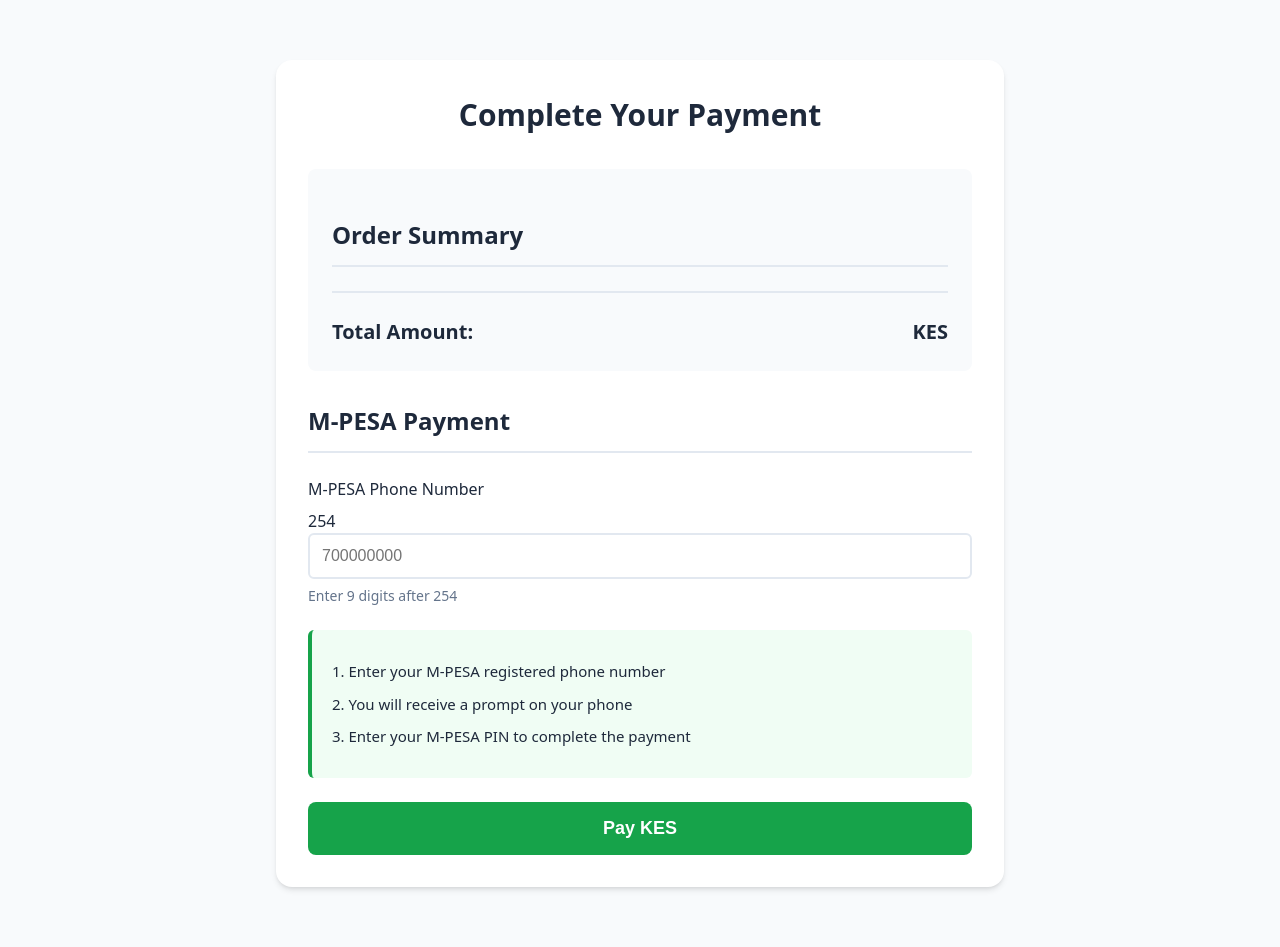
Repository: mrPractise/Susan-Portfolio
Page: templates/mpesa/payment.html
An editor plug-in stored every save of this project. The page is shown before and after the next save, followed by the edit.
The browser window is 1280 px wide. The pictures show the whole page.
The page is served by the project's application, run on Django 5.2 (manage.py). Other server files are loaded and not shown. The template is opened directly, without the code that normally fills it, so the values that code supplies are empty.

Above is the page before, as saved 2024-10-31 16:39:16.

### Portfolio/templatetags/project_tags.py
from django import template
from django.utils.safestring import mark_safe

register = template.Library()  # This line is crucial

@register.simple_tag
def video_player(project, autoplay=False):
    """Render video player with proper attributes"""
    if not project.video:
        return ''

    video_attrs = {
        'preload': 'metadata',
        'playsinline': '',
        'id': f'video-{project.id}',
        'data-video-id': project.id,
    }

    if project.video_thumbnail:
        video_attrs['poster'] = project.video_thumbnail.url

    if autoplay:
        video_attrs['autoplay'] = ''
        video_attrs['muted'] = ''

    attrs_str = ' '.join([f'{k}="{v}"' for k, v in video_attrs.items() if v])

    html = f'''
    <div class="custom-video-player" data-video-id="{project.id}">
        <div class="video-container">
            <video {attrs_str}>
                <source src="{project.video.url}" type="video/mp4">
                <source src="{project.video.url[:-4]}.webm" type="video/webm">
                Your browser doesn't support video playback.
            </video>
            <div class="video-controls">
                <button class="play-pause" aria-label="Play/Pause">
                    <i class="fas fa-play"></i>
                </button>
                <div class="progress-bar">
                    <div class="progress-bar-filled"></div>
                </div>
                <div class="time">
                    <span class="current-time">0:00</span>
                    <span>/</span>
                    <span class="duration">0:00</span>
                </div>
                <div class="volume-control">
                    <button class="mute-unmute" aria-label="Mute/Unmute">
                        <i class="fas fa-volume-up"></i>
                    </button>
                    <input type="range" class="volume-slider" min="0" max="1" step="0.1" value="1">
                </div>
                <button class="fullscreen" aria-label="Fullscreen">
                    <i class="fas fa-expand"></i>
                </button>
            </div>
        </div>
    </div>
    '''
    return mark_safe(html)

### templates/mpesa/payment.html
{% load static %}

<!DOCTYPE html>
<html lang="en">
<head>
    <meta charset="UTF-8">
    <meta name="viewport" content="width=device-width, initial-scale=1.0">
    <title>Payment - {{ event.title }}</title>
    <link href="https://cdnjs.cloudflare.com/ajax/libs/font-awesome/6.0.0/css/all.min.css" rel="stylesheet">
    <link rel="stylesheet" href="{% static 'css/global.css' %}">
    <link rel="stylesheet" href="{% static 'css/payment.css' %}">
</head>

<body>
    <div class="payment-page">
        <div class="container">
            <h1>Complete Your Payment</h1>

            {% if messages %}
            <div class="messages">
                {% for message in messages %}
                <div class="alert {% if message.tags %}alert-{{ message.tags }}{% endif %}">
                    {{ message }}
                </div>
                {% endfor %}
            </div>
            {% endif %}

            <div class="order-summary">
                <h2>Order Summary</h2>
                <div class="event-details">
                    <h3>{{ event.title }}</h3>
                    <p>{{ event.date|date:"l, F j, Y" }}</p>
                </div>

                <div class="ticket-list">
                    {% for ticket in selected_tickets %}
                    <div class="ticket-item">
                        <span>{{ ticket.quantity }}x {{ ticket.ticket_type.name }}</span>
                        <span>KES {{ ticket.subtotal|floatformat:2 }}</span>
                    </div>
                    {% endfor %}
                </div>

                <div class="total">
                    <strong>Total Amount:</strong>
                    <strong>KES {{ total_amount|floatformat:2 }}</strong>
                </div>
            </div>

            <div class="payment-section">
                <h2>M-PESA Payment</h2>
                <form method="post" action="{% url 'process_payment' event.slug %}">
                    {% csrf_token %}
                            <div class="form-group">
                    <label for="phone">M-PESA Phone Number</label>
                    <div class="phone-input-container">
                        <div class="country-prefix">
                            <div class="flag-icon"></div>
                            <span class="prefix-number">254</span>
                        </div>
                        <input type="tel"
                            id="phone"
                            name="phone"
                            class="phone-input"
                            pattern="[0-9]{9}"
                            placeholder="700000000"
                            maxlength="9"
                            required>
                    </div>
                    <small class="help-text">Enter 9 digits after 254</small>
                </div>

                    <div class="mpesa-instructions">
                        <p>1. Enter your M-PESA registered phone number</p>
                        <p>2. You will receive a prompt on your phone</p>
                        <p>3. Enter your M-PESA PIN to complete the payment</p>
                    </div>

                    <button type="submit" class="btn btn-primary">
                        Pay KES {{ total_amount|floatformat:2 }}
                    </button>
                </form>
            </div>
        </div>
    </div>
</body>
</html>

### Abongo/urls.py
"""
URL configuration for Abongo project.

The `urlpatterns` list routes URLs to views. For more information please see:
    https://docs.djangoproject.com/en/5.1/topics/http/urls/
Examples:
Function views
    1. Add an import:  from my_app import views
    2. Add a URL to urlpatterns:  path('', views.home, name='home')
Class-based views
    1. Add an import:  from other_app.views import Home
    2. Add a URL to urlpatterns:  path('', Home.as_view(), name='home')
Including another URLconf
    1. Import the include() function: from django.urls import include, path
    2. Add a URL to urlpatterns:  path('blog/', include('blog.urls'))
"""
from django.contrib import admin
from django.urls import path, include
from django.conf.urls.static import static
from django.conf import settings

urlpatterns = [
    path('admin/', admin.site.urls),
    path('', include('Portfolio.urls')),
]
urlpatterns += static(settings.MEDIA_URL, document_root=settings.MEDIA_ROOT)

### Portfolio/urls.py

from django.urls import path
from . import views

urlpatterns = [
    path('', views.home, name='home'),
    path('events', views.events, name='events'),
    path('portfolio', views.portfolio, name='portfolio'),
    path('projects/', views.project_list, name='projects'),
    path('projects/<slug:slug>/', views.project_detail, name='project_detail'),
    path('events/<slug:slug>/', views.event_detail, name='event-detail'),
    path('events/<slug:slug>/book/', views.process_booking, name='process_booking'),
    path('events/<slug:slug>/payment/', views.payment_page, name='payment'),
    path('events/<slug:slug>/process-payment/', views.process_payment, name='process_payment'),
    path('send-contact-email/', views.send_contact_email, name='send_contact_email'),
]

### static/css/global.css

:root {
    --primary: #2a2a2a;
    --accent: #ff6b6b;
    --secondary: #4f46e5;
    --text: #333;
    --light: #f5f5f5;
    --gradient: linear-gradient(135deg, #B48EAD, #483D8B);
}

* {
    margin: 0;
    padding: 0;
    box-sizing: border-box;
}

body {
    font-family: 'Segoe UI', Tahoma, Geneva, Verdana, sans-serif;
    line-height: 1.6;
    color: var(--text);
    overflow-x: hidden;
    width: 100%;
}

### static/css/payment.css
/* Base Styles */
:root {
  --primary-color: #2563eb;
  --success-color: #16a34a;
  --error-color: #dc2626;
  --warning-color: #ca8a04;
  --background-color: #f8fafc;
  --card-background: #ffffff;
  --text-primary: #1e293b;
  --text-secondary: #64748b;
  --border-color: #e2e8f0;
  --radius-sm: 0.375rem;
  --radius-md: 0.5rem;
  --radius-lg: 1rem;
}

body {
  background-color: var(--background-color);
  color: var(--text-primary);
  font-family: system-ui, -apple-system, sans-serif;
  line-height: 1.5;
}

/* Page Layout */
.payment-page {
  max-width: 48rem;
  margin: 2.5rem auto;
  padding: 1.25rem;
}

.container {
  background: var(--card-background);
  border-radius: var(--radius-lg);
  box-shadow: 0 4px 6px -1px rgb(0 0 0 / 0.1), 0 2px 4px -2px rgb(0 0 0 / 0.1);
  padding: 2rem;
}

/* Typography */
h1 {
  color: var(--text-primary);
  font-size: 1.875rem;
  font-weight: 700;
  text-align: center;
  margin-bottom: 2rem;
}

h2 {
  color: var(--text-primary);
  font-size: 1.5rem;
  font-weight: 600;
  margin: 1.5rem 0;
  padding-bottom: 0.75rem;
  border-bottom: 2px solid var(--border-color);
}

h3 {
  color: var(--text-primary);
  font-size: 1.25rem;
  font-weight: 600;
  margin: 1rem 0;
}

/* Order Summary Section */
.order-summary {
  background: var(--background-color);
  border-radius: var(--radius-md);
  padding: 1.5rem;
  margin-bottom: 2rem;
}

.event-details p {
  color: var(--text-secondary);
  margin: 0.5rem 0;
}

.ticket-list {
  margin: 1.5rem 0;
}

.ticket-item {
  display: flex;
  justify-content: space-between;
  align-items: center;
  padding: 0.75rem 0;
  border-bottom: 1px solid var(--border-color);
}

.ticket-item:last-child {
  border-bottom: none;
}

.total {
  display: flex;
  justify-content: space-between;
  align-items: center;
  margin-top: 1.5rem;
  padding-top: 1.5rem;
  border-top: 2px solid var(--border-color);
  font-size: 1.25rem;
  font-weight: 600;
}

/* Form Elements */
.form-group {
  margin-bottom: 1.5rem;
}

label {
  display: block;
  margin-bottom: 0.5rem;
  color: var(--text-primary);
  font-weight: 500;
}

input[type="tel"] {
  width: 100%;
  padding: 0.75rem;
  border: 2px solid var(--border-color);
  border-radius: var(--radius-sm);
  font-size: 1rem;
  transition: all 0.2s ease;
}

input[type="tel"]:focus {
  border-color: var(--primary-color);
  box-shadow: 0 0 0 3px rgba(37, 99, 235, 0.1);
  outline: none;
}

.help-text {
  display: block;
  margin-top: 0.375rem;
  color: var(--text-secondary);
  font-size: 0.875rem;
}

/* M-PESA Instructions */
.mpesa-instructions {
  background: #f0fdf4;
  border-left: 4px solid var(--success-color);
  padding: 1.25rem;
  margin: 1.5rem 0;
  border-radius: var(--radius-sm);
}

.mpesa-instructions p {
  margin: 0.625rem 0;
  color: var(--text-primary);
  font-size: 0.938rem;
}

/* Button */
.btn {
  display: block;
  width: 100%;
  padding: 1rem;
  border: none;
  border-radius: var(--radius-md);
  font-size: 1.125rem;
  font-weight: 600;
  cursor: pointer;
  transition: all 0.2s ease;
}

.btn-primary {
  background: var(--success-color);
  color: white;
}

.btn-primary:hover {
  filter: brightness(110%);
  transform: translateY(-1px);
}

.btn-primary:active {
  transform: translateY(0);
}



/* Loading State */
.btn-loading {
  position: relative;
  color: transparent !important;
}

.btn-loading::after {
  content: '';
  position: absolute;
  width: 1.25rem;
  height: 1.25rem;
  top: 50%;
  left: 50%;
  margin: -0.625rem 0 0 -0.625rem;
  border: 0.188rem solid rgba(255,255,255,0.3);
  border-radius: 50%;
  border-top-color: #fff;
  animation: spin 1s linear infinite;
}

@keyframes spin {
  to { transform: rotate(360deg); }
}

/* Dark Mode */
@media (prefers-color-scheme: dark) {
  :root {
    --background-color: #0f172a;
    --card-background: #1e293b;
    --text-primary: #f1f5f9;
    --text-secondary: #94a3b8;
    --border-color: #334155;
  }

  .mpesa-instructions {
    background: #132e1f;
    border-left-color: var(--success-color);
  }

  input[type="tel"] {
    background: var(--card-background);
    color: var(--text-primary);
  }


}

/* Responsive Design */
@media (max-width: 640px) {
  .payment-page {
    margin: 1rem;
    padding: 0.5rem;
  }

  .container {
    padding: 1.25rem;
  }

  h1 {
    font-size: 1.5rem;
  }

  h2 {
    font-size: 1.25rem;
  }

  .total {
    font-size: 1.125rem;
  }
}

After the next save:
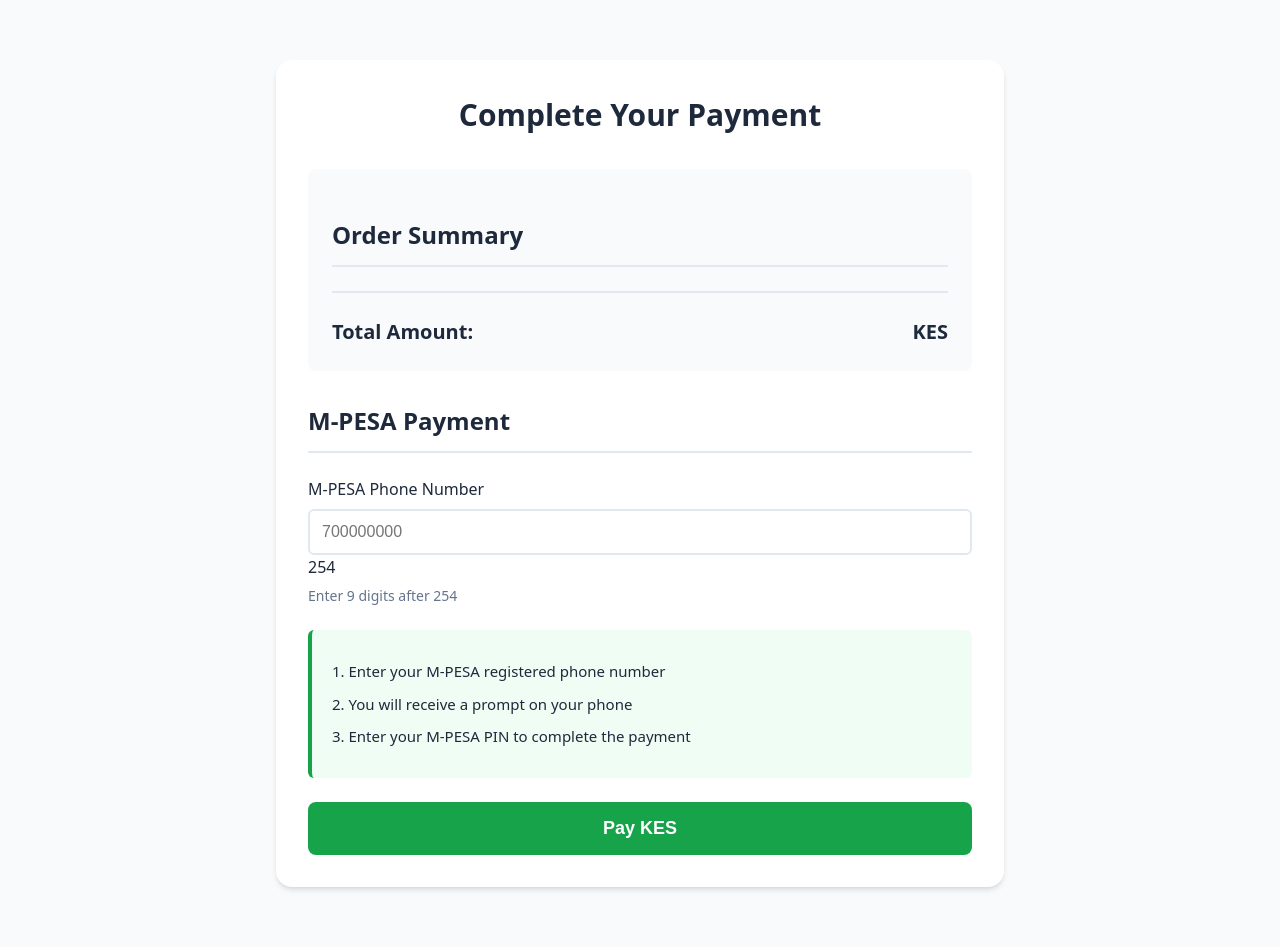
Saved 2 min 25 s later.
--- a/templates/mpesa/payment.html
+++ b/templates/mpesa/payment.html
@@ -52,24 +52,24 @@
                 <h2>M-PESA Payment</h2>
                 <form method="post" action="{% url 'process_payment' event.slug %}">
                     {% csrf_token %}
-                            <div class="form-group">
-                    <label for="phone">M-PESA Phone Number</label>
-                    <div class="phone-input-container">
-                        <div class="country-prefix">
-                            <div class="flag-icon"></div>
-                            <span class="prefix-number">254</span>
+                        <div class="form-group">
+                            <label for="phone">M-PESA Phone Number</label>
+                            <div class="phone-input-wrapper">
+                                <input type="tel"
+                                    id="phone"
+                                    name="phone"
+                                    class="phone-input"
+                                    pattern="[0-9]{9}"
+                                    placeholder="700000000"
+                                    maxlength="9"
+                                    required>
+                                <div class="phone-prefix">
+                                    <div class="flag-icon"></div>
+                                    <span class="prefix-number">254</span>
+                                </div>
+                            </div>
+                            <small class="help-text">Enter 9 digits after 254</small>
                         </div>
-                        <input type="tel"
-                            id="phone"
-                            name="phone"
-                            class="phone-input"
-                            pattern="[0-9]{9}"
-                            placeholder="700000000"
-                            maxlength="9"
-                            required>
-                    </div>
-                    <small class="help-text">Enter 9 digits after 254</small>
-                </div>
 
                     <div class="mpesa-instructions">
                         <p>1. Enter your M-PESA registered phone number</p>
